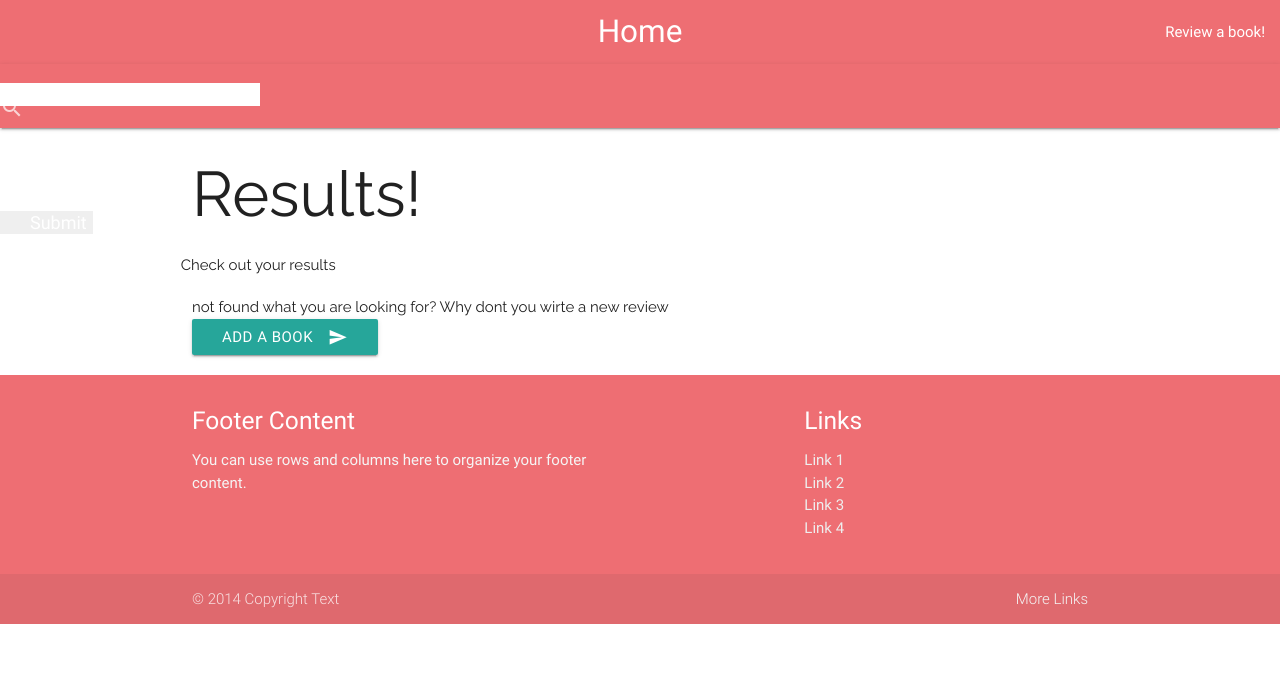
Repository: h8130084/bookReview
Page: http://localhost/search
The author's editor kept a record of every edit. The page is drawn from the files as they stood at one moment, then again after the next edit.
The browser window is 1280 px wide. The pictures show the whole page.
Some web libraries are served in a nearby version. The page is served by the project's application, run on Flask 3 (app.py). Queries for data that is not in the repository find no rows.

Above is the page before.
Console error: ReferenceError: M is not defined

### templates/search.html
{% extends 'base.html' %} {% block content %}

<div class="container">
    <h1> Results!</h1>
    <div class="sub-heading row"> Check out your results</div>


{% for results in book %}


  <div>{{results.Title}}</div>

{% endfor %}

    <div class="sub-heading" "row"> not found what you are looking for? Why dont you wirte a new review</div>

    <div class="row" "addBookButton">
        <form action="{{url_for('add_book')}}" class="col s12">
            <button class="btn waves-effect waves-light" type="submit" name="action">add a book
                <i class="material-icons right">send</i>
            </button>
        </form>
    </div>

</div>
</div>

{% endblock %}

### templates/base.html
<!DOCTYPE html>
<html lang="en">

<head>
    <meta charset="UTF-8">
    <meta name="viewport" content="width=device-width, initial-scale=1.0">
    <meta http-equiv="X-UA-Compatible" content="ie=edge">

    <!-- taken from google fonts, materilaize and cdnjs -->
    <link href="https://fonts.googleapis.com/icon?family=Material+Icons" rel="stylesheet">
    <link rel="stylesheet" href="https://cdnjs.cloudflare.com/ajax/libs/materialize/0.100.2/css/materialize.min.css">
    <link rel="stylesheet" href="{{url_for('static', filename='/style.css')}}" type="text/css" />

    <title>Document</title>
</head>

<body>
    <header>
        <nav>
            <div class="nav-wrapper">
                <a href="{{url_for('get_books')}}" class="brand-logo center">Home</a>
                <ul id="nav-mobile" class="right">
                    <li><a href="{{url_for('add_book')}}">Review a book!</a></li>
            </div>
        </nav>
        <nav>
            <div class="nav-wrapper">
                <div class="search">
                    <form action="{{ url_for('search') }}" method="GET">
                        <div class="input-field" "center">
                            <input id="Title" type="Title" name="Title" required>
                            <label class="label-icon" for="search"><i class="material-icons">search</i></label>
                            <i class="material-icons">close</i>
                            <input type="submit" value="Submit">
                        </div>
                    </form>
                </div>
            </div>
        </nav>
    </header>

    {% block content %} {% endblock %}

    <script src="https://cdnjs.cloudflare.com/ajax/libs/jquery/3.2.1/jquery.min.js"></script>
    <script src="https://cdnjs.cloudflare.com/ajax/libs/materialize/0.100.2/js/materialize.min.js"></script>
    <script type="text/javascript">
        $(document).ready(function() {
            $('.tabs').tabs();
            $('#Review').val('New Text');
            M.textareaAutoResize($('#Review'));
            $('.sidenav').sidenav();
        });
    </script>
    </div>


</body>


        <footer class="page-footer">
          <div class="container">
            <div class="row">
              <div class="col l6 s12">
                <h5 class="white-text">Footer Content</h5>
                <p class="grey-text text-lighten-4">You can use rows and columns here to organize your footer content.</p>
              </div>
              <div class="col l4 offset-l2 s12">
                <h5 class="white-text">Links</h5>
                <ul>
                  <li><a class="grey-text text-lighten-3" href="#!">Link 1</a></li>
                  <li><a class="grey-text text-lighten-3" href="#!">Link 2</a></li>
                  <li><a class="grey-text text-lighten-3" href="#!">Link 3</a></li>
                  <li><a class="grey-text text-lighten-3" href="#!">Link 4</a></li>
                </ul>
              </div>
            </div>
          </div>
          <div class="footer-copyright">
            <div class="container">
            © 2014 Copyright Text
            <a class="grey-text text-lighten-4 right" href="#!">More Links</a>
            </div>
          </div>
        </footer>

</html>

### app.py
import os
from flask import Flask, render_template, redirect, request, url_for
from flask_pymongo import PyMongo
from bson.objectid import ObjectId
import env

app = Flask(__name__)

app.config["MONGO_DBNAME"] = 'book_review'
app.config["MONGO_URI"] = env.MONGO_URI


mongo = PyMongo(app)

@app.route('/')
@app.route('/ get_books')
def get_books():
     return render_template("books.html", books=mongo.db.book_details.find())


@app.route('/search')
def search():
     searched_book = request.form.get('Title')
     book = mongo.db.book_details.find_one({'Title':searched_book})
     return render_template("search.html", books=mongo.db.book_details.find())


@app.route('/edit_book/<book_id>')
def edit_book(book_id):
    the_book = mongo.db.book_details.find_one({"_id": ObjectId(book_id)})
    all_categories = mongo.db.categories.find()
    return render_template('editbook.html', book=the_book, categories=all_categories)

@app.route('/update_book/<book_id>', methods=["POST"])
def update_book(book_id):
    books = mongo.db.book_details
    books.update( {'_id': ObjectId(book_id)},
    {
        'Title': request.form.get('Title'),
        'Author': request.form.get('Author'),
        'Genre': request.form.get('Genre'),
        'Year': request.form.get('Year'),
        'Image_URL': request.form.get('Image_URL'),
        'Amazon': request.form.get('Amazon'),
        'Review': request.form.get('Review')
    })
    return redirect(url_for('get_books'))

#book details page
@app.route('/book_info/<book_id>')
def book_info(book_id):
    the_book = mongo.db.book_details.find_one({"_id": ObjectId(book_id)})
    all_categories = mongo.db.categories.find()
    return render_template('bookdetails.html', book=the_book, categories=all_categories, comments=mongo.db.comments.find())

def get_comments():
     return render_template('bookdetails.html', comments=mongo.db.comments.find())

#  takes the details from the form and adds the comment to the database, then redirects to bookdetails page

@app.route('/insert_comment', methods=['POST'])
def insert_comment():

    new_comment = {
        'bookID': request.form.get('Title'),
        'comment': request.form.get('comment')
    }
    comments = mongo.db.comments
    books = mongo.db.book_review
    comments.insert_one(new_comment)
    # ----- get comments should be book.details page to display that the comment just added is present
    return  redirect(url_for('get_books'))

# displays add books page
@app.route('/add_book')
def add_book():
    return render_template('addbook.html')

#  takes the details from the form and adds the book to the database, then redirects to home page
@app.route('/insert_book', methods=['POST'])
def insert_book():

    new_book = {
        'Title': request.form.get('Title'),
        'Author': request.form.get('Author'),
        'Genre': request.form.get('Genre'),
        'Year': request.form.get('Year'),
        'Image_URL': request.form.get('Image_URL'),
        'Amazon': request.form.get('Amazon'),
        'Review': request.form.get('Review'),
        'upvotes': 0,
    }

    books = mongo.db.book_details
    books.insert_one(new_book)
    # ----- get books should be home page to display that the book just added is present
    return redirect(url_for('get_books'))

# delete the book
@app.route('/delete_book/<book_id>')
def delete_book(book_id):
    mongo.db.book_details.remove({'_id': ObjectId(book_id)})
    return redirect(url_for('get_books'))


if __name__ == '__main__':
    app.run(host=os.environ.get('IP'),
    port=int(os.environ.get('PORT')),
    debug=True)

### static/style.css
@import url('https://fonts.googleapis.com/css?family=Raleway&display=swap');

/*.coverIMG {*/
/*  width: 100%;*/
/*  max-width: 10px;*/
/*  height: auto;*/
/*  position: center;*/
/*}*/

.books{
   background-color: red;
   position: center;
   position: absolute;
 }

.list_of_books{
    text-align: center;
    border: double;
}

.tabs{
    position: center;
    position: relative;
}


/*text*/
h1{
  font-family: 'Raleway', sans-serif;
}
.sub-heading {
  font-family: 'Raleway', sans-serif;
}

After the next edit:
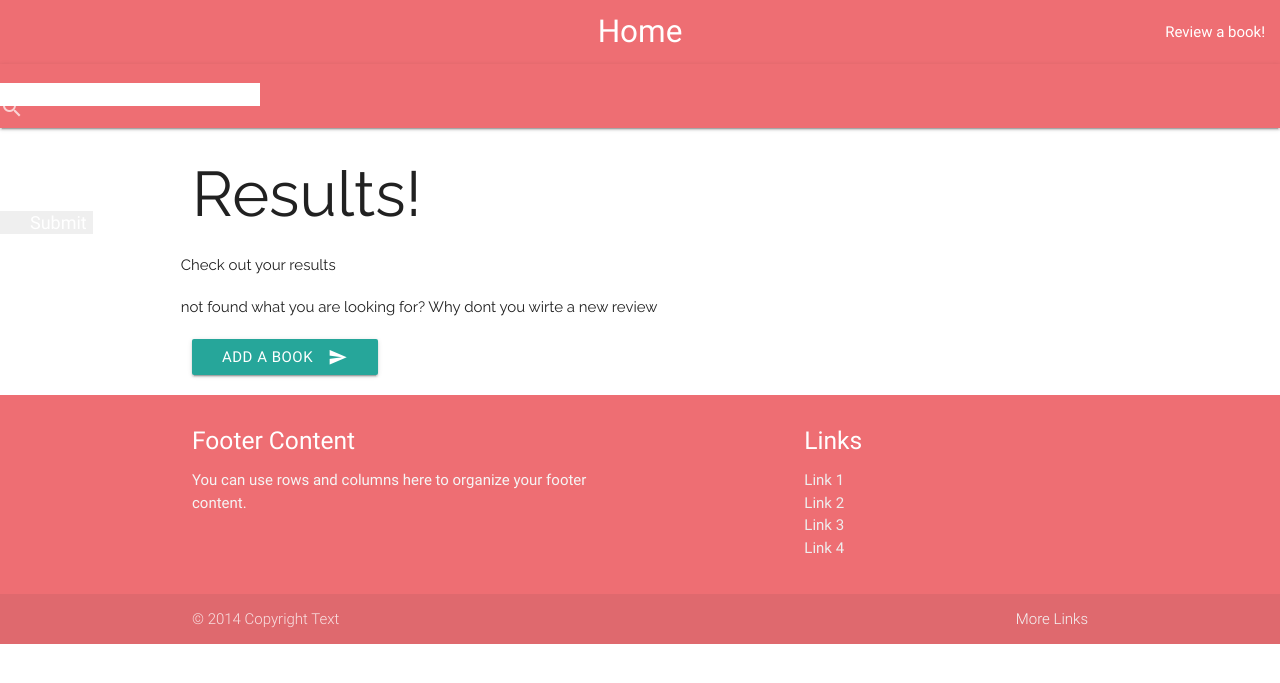
The edit:
--- a/templates/search.html
+++ b/templates/search.html
@@ -12,7 +12,7 @@
 
 {% endfor %}
 
-    <div class="sub-heading" "row"> not found what you are looking for? Why dont you wirte a new review</div>
+    <div class="sub-heading row"> not found what you are looking for? Why dont you wirte a new review</div>
 
     <div class="row" "addBookButton">
         <form action="{{url_for('add_book')}}" class="col s12">
